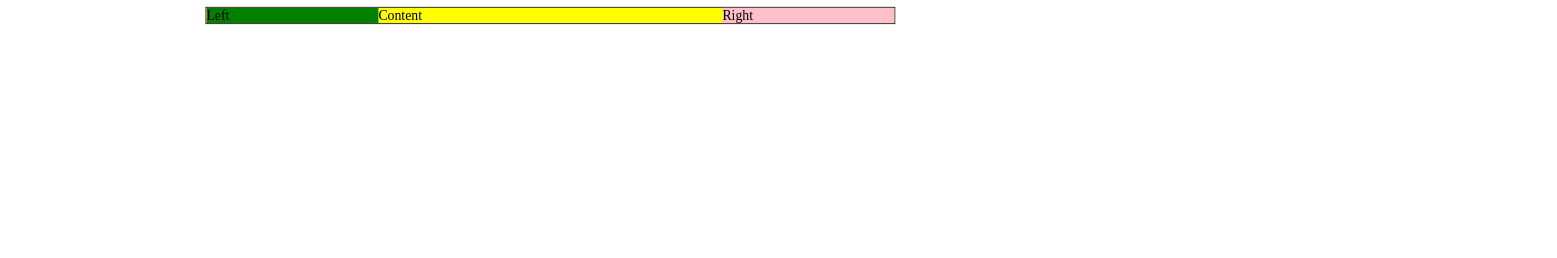
Repository: nanvon/front-end_byhuawei
Page: CSS_example.html
These files come from the project's save history. The page is drawn as it stood at one moment and after the next save; the edit follows.
The browser window is 1280 px wide. The page is 1280 px wide, then 1810 px, then 1280 px, so the pictures cover 1810 px, including what lies to the right of the window. The pictures show the whole page, at 86% of full size.

Above is the page before, as saved 2020-12-10 19:57:32.

### CSS_example.html
<!DOCTYPE html>
<html lang="en">

<head>
    <meta charset="UTF-8">
    <meta name="viewport" content="width=device-width, initial-scale=1.0">
    <title>双飞翼布局</title>
    <style>
        .container {
            border: 1px solid #000;
            width: 800px;
            margin: auto;
            overflow: hidden;
        }

        .center {
            float: left;
            background: yellow;
            width: 100%;
        }

        .left {
            float: left;
            background: green;
            width: 200px;
            margin-left: -100%;
        }

        .right {
            float: left;
            background: pink;
            width: 200px;
            margin-left: -200px;
        }
        .content{
            margin: 0px 200px;
        }
    </style>
</head>

<body>
    <div class="container">
        <div class="center">
            <div class="content">Content</div>
        </div>
        <div class="left">Left</div>
        <div class="right">Right</div>
    </div>
</body>

</html>

After the next save:
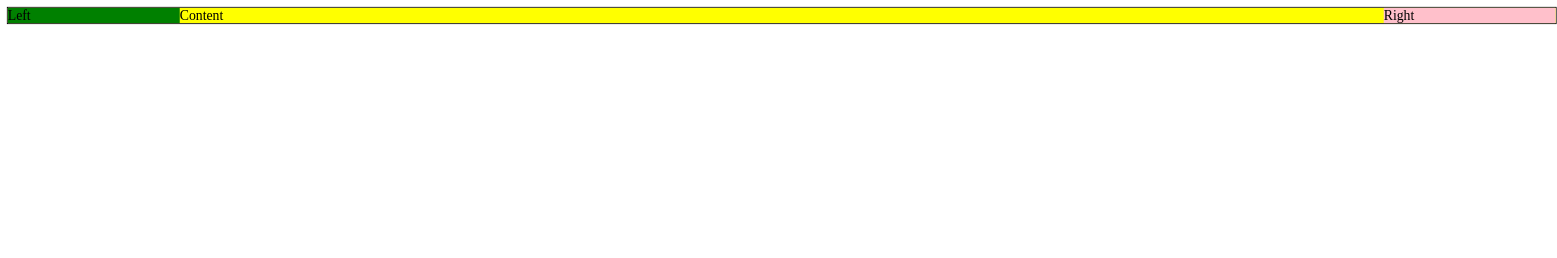
Saved 2 min 49 s later.
--- a/CSS_example.html
+++ b/CSS_example.html
@@ -8,7 +8,7 @@
     <style>
         .container {
             border: 1px solid #000;
-            width: 800px;
+            width: 1800px;
             margin: auto;
             overflow: hidden;
         }

After the save that followed:
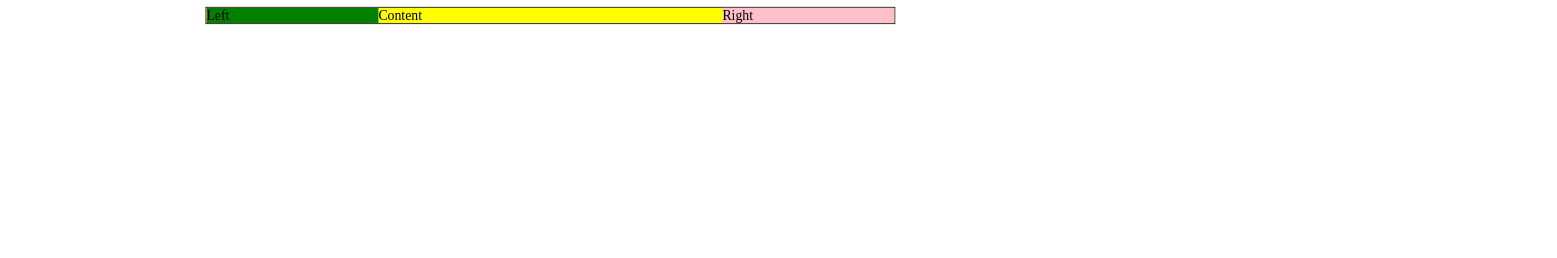
Saved 5 s later.
--- a/CSS_example.html
+++ b/CSS_example.html
@@ -8,7 +8,7 @@
     <style>
         .container {
             border: 1px solid #000;
-            width: 1800px;
+            width: 800px;
             margin: auto;
             overflow: hidden;
         }
